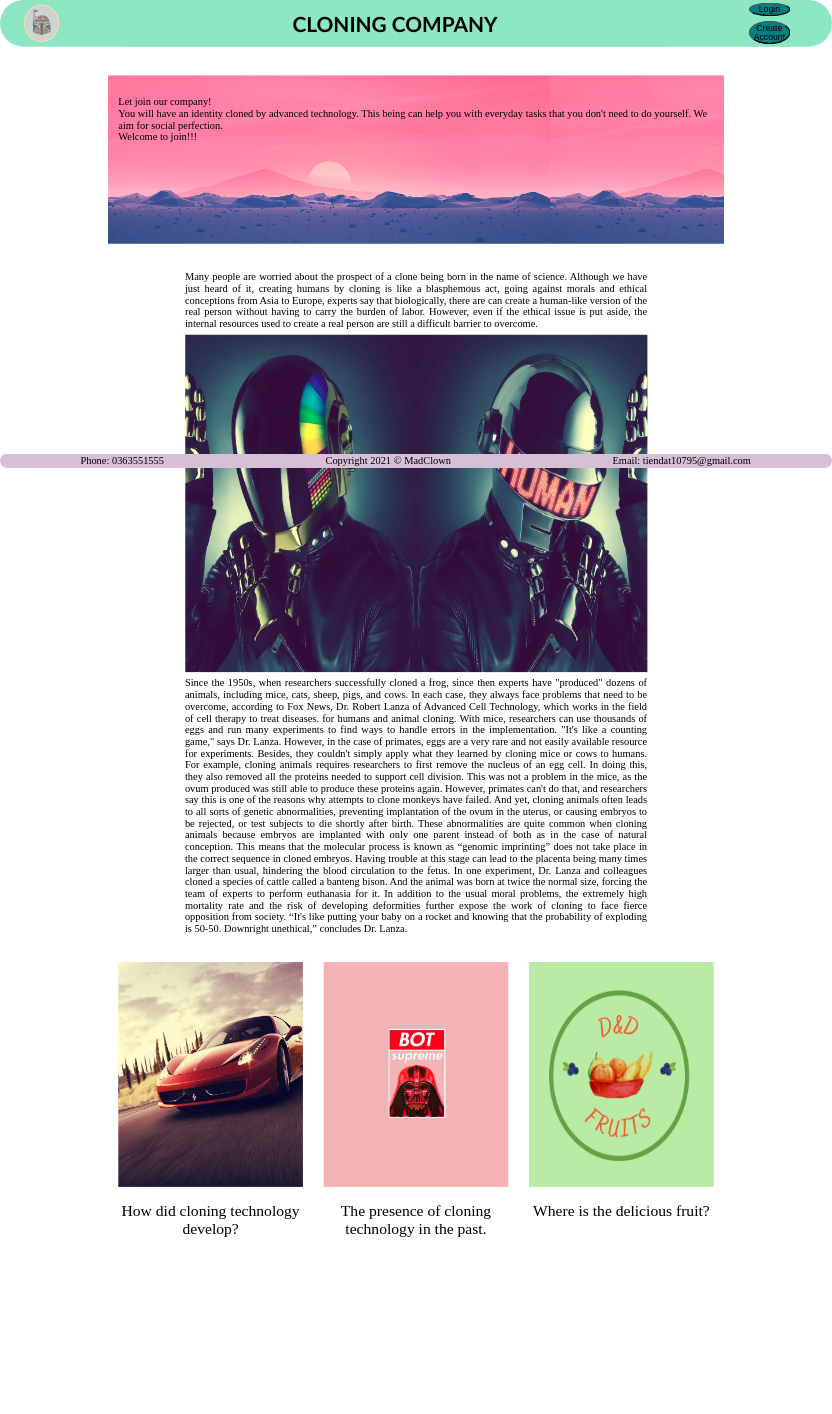
Repository: madd107/demo-form
Page: Assigment_FEE/CaseStudy_1.html
The author's editor kept a copy of each file at every save. The page is drawn from the files as they stood at one save, then again after the next save.
The browser window is 1280 px wide. The pictures show the whole page, at 65% of full size.

Above is the page before, as saved 2021-10-01 02:09:26.

After the next save:
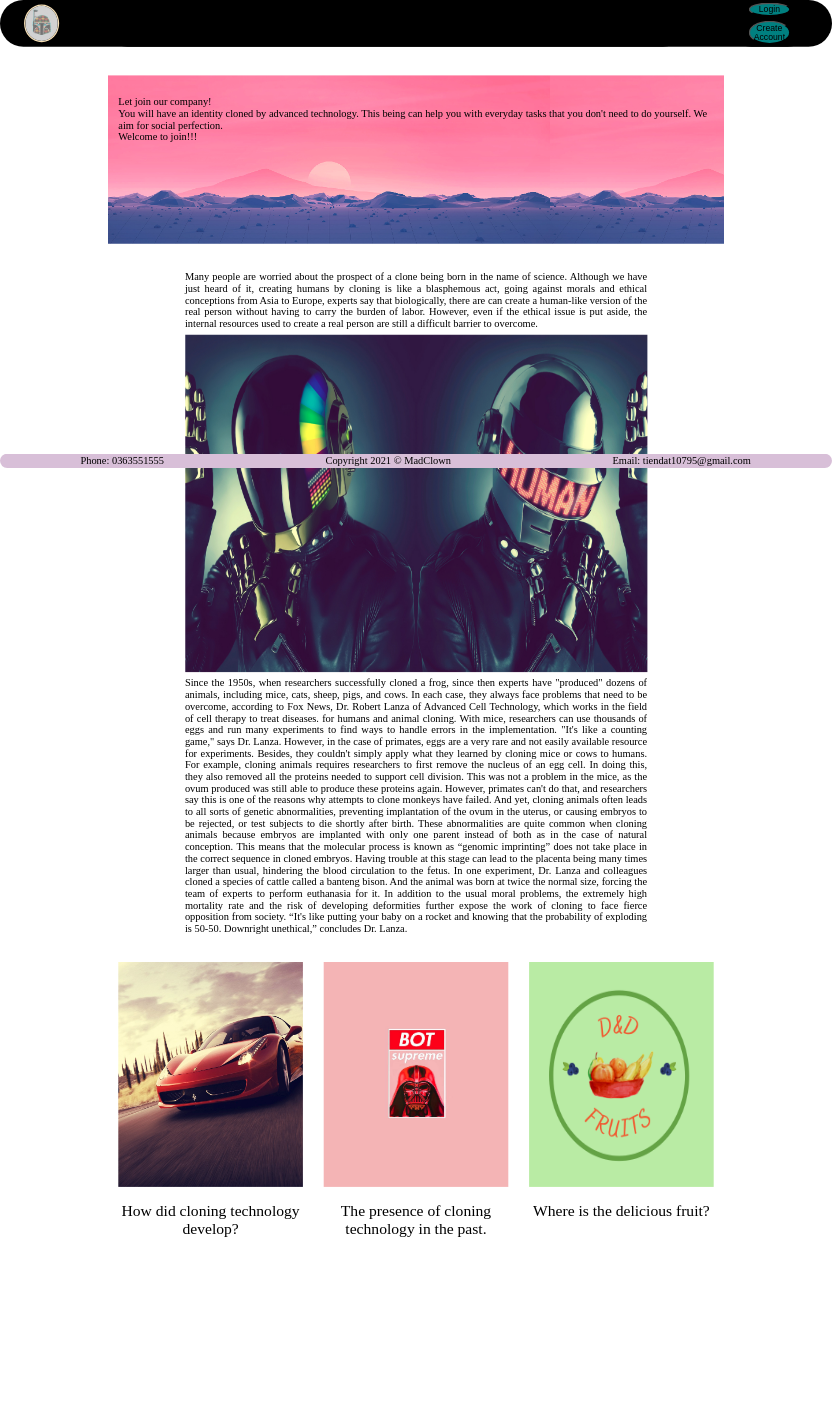
Saved 30 s later.
--- a/Assigment_FEE/css/CaseStudy_1.css
+++ b/Assigment_FEE/css/CaseStudy_1.css
@@ -10,7 +10,7 @@
   height: 10%;
   display: flex;
   justify-content: space-between;
-  background-color: rgb(141, 231, 194);
+  background-color: black;
   align-items: center;
   border-radius: 5em;
   position: fixed;
